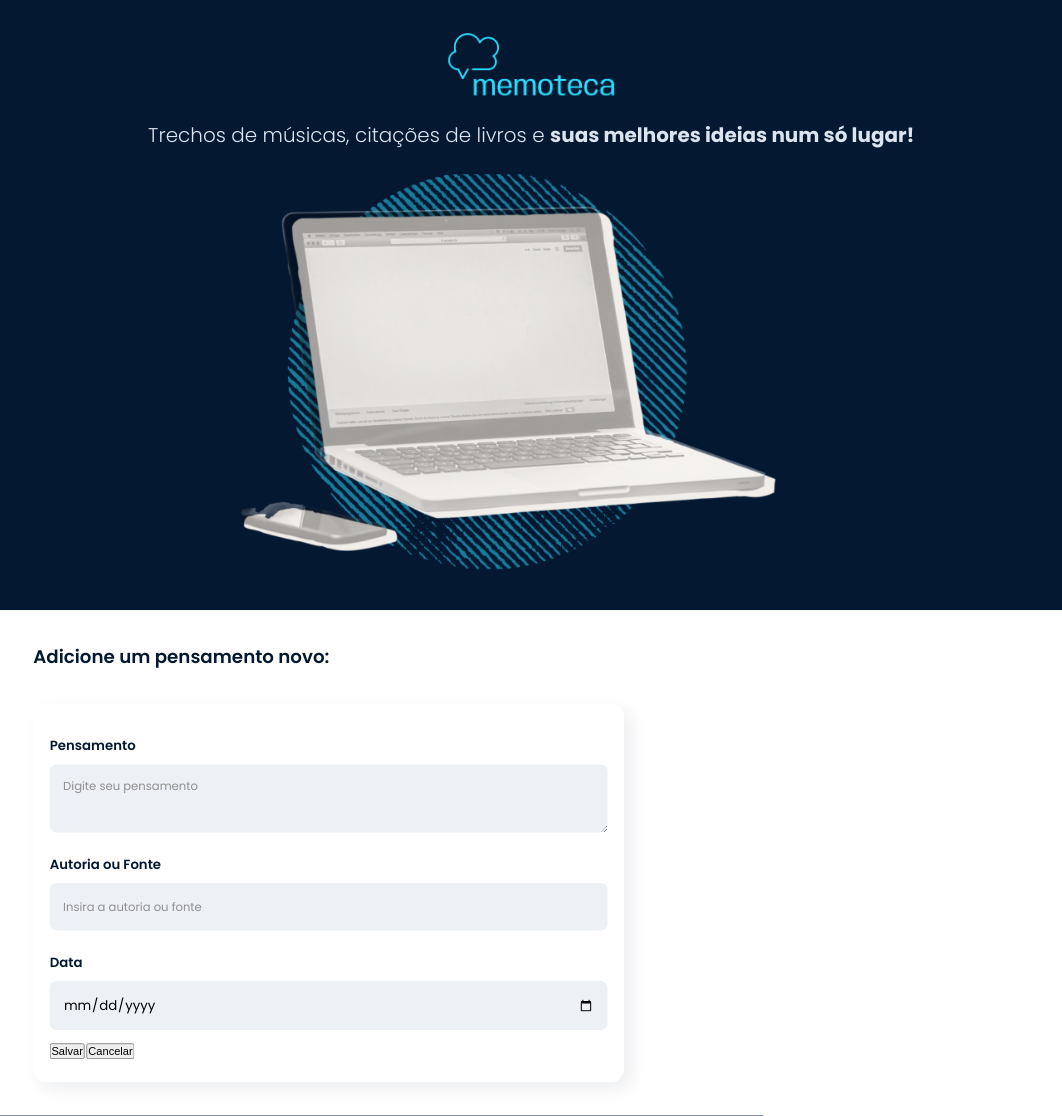
Repository: joaoPraiaJunior/crud_js
Page: index.html
The author's editor kept a copy of each file at every save. The page is drawn from the files as they stood at one save, then again after the next save.
The browser window is 1280 px wide. The pictures show the whole page, at 83% of full size.

Above is the page before, as saved 2024-09-26 22:54:03.

After the next save:
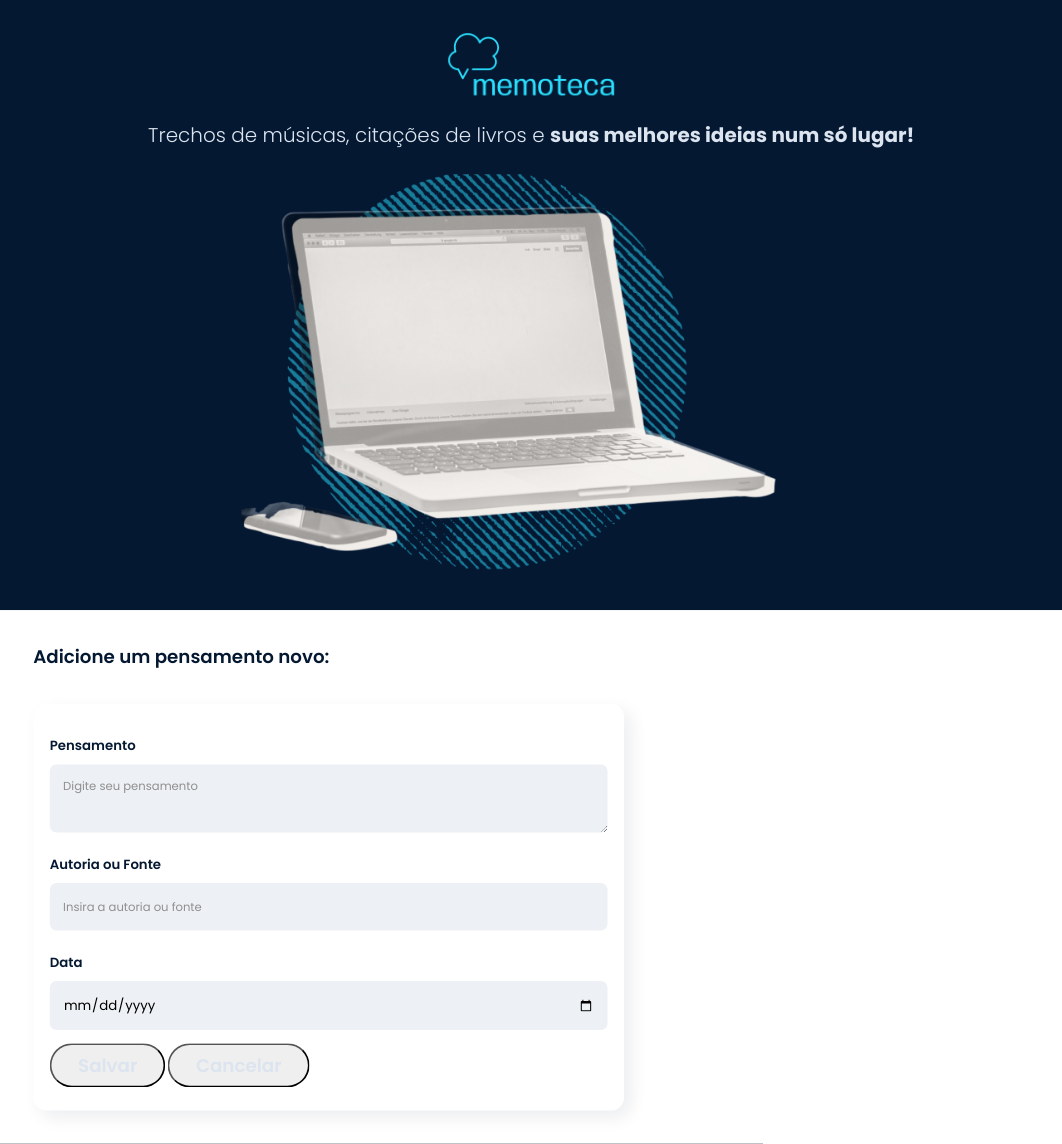
Saved 44 s later.
--- a/css/styles.css
+++ b/css/styles.css
@@ -134,6 +134,19 @@ main {
 	outline: none;
 }
 
+#botao-salvar,
+#botao-cancelar {
+	padding: 0.8rem 3.2rem;
+	border-radius: 3.2rem;
+	color: var(--Baby-blue, #dbe4ef);
+	font-family: var(--font-primaria);
+	font-size: 22px;
+	font-style: normal;
+	font-weight: 600;
+	line-height: normal;
+	cursor: pointer;
+}
+
 /* main {
 	padding-top: 12rem;
 	flex: 1;
